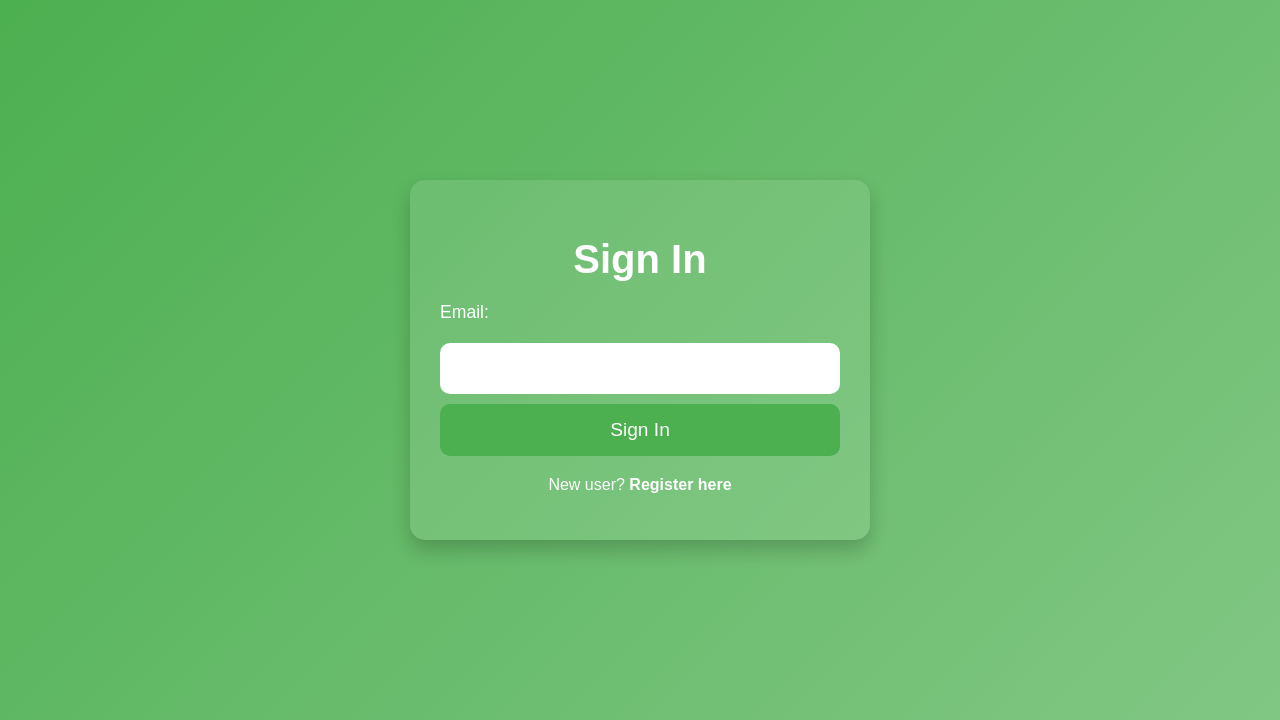
Repository: harutoNaiz/urban-mobility-system
Page: http://localhost/sign_in
These files come from the project's save history. The page is drawn as it stood at one moment and after a run of saves; the edit follows.
The browser window is 1280 px wide. The pictures show the whole page.
The pointer rests on the first visible `a`.
The page is served by the project's application, run on Flask 3 (app.py).

Above is the page before, as saved 2024-11-12 21:40:59.

### templates/sign_in.html
<!DOCTYPE html>
<html lang="en">
<head>
    <meta charset="UTF-8">
    <meta name="viewport" content="width=device-width, initial-scale=1.0">
    <title>Sign In</title>
    <style>
        body {
            font-family: 'Arial', sans-serif;
            background: linear-gradient(135deg, #4caf50, #81c784);
            margin: 0;
            padding: 0;
            height: 100vh;
            display: flex;
            justify-content: center;
            align-items: center;
            color: #fff;
        }

        .container {
            background: rgba(255, 255, 255, 0.1);
            padding: 30px;
            border-radius: 15px;
            box-shadow: 0 10px 20px rgba(0, 0, 0, 0.2);
            width: 100%;
            max-width: 400px;
            text-align: center;
        }

        h1 {
            font-size: 2.5rem;
            margin-bottom: 20px;
            color: #fff;
        }

        label {
            font-size: 1.1rem;
            display: block;
            margin-bottom: 10px;
            text-align: left;
            color: #fff;
        }

        input[type="email"] {
            width: 100%;
            padding: 15px;
            margin: 10px 0;
            font-size: 1.1rem;
            border: none;
            border-radius: 10px;
            background-color: #fff;
            color: #333;
            box-sizing: border-box;
        }

        button {
            width: 100%;
            padding: 15px;
            background-color: #4caf50;
            color: #fff;
            font-size: 1.2rem;
            border: none;
            border-radius: 10px;
            cursor: pointer;
            transition: background-color 0.3s ease;
        }

        button:hover {
            background-color: #388e3c;
        }

        p {
            margin-top: 20px;
            color: #fff;
        }

        a {
            color: #81c784;
            text-decoration: none;
            font-weight: bold;
        }

        a:hover {
            color: #fff;
        }
    </style>
</head>
<body>
    <div class="container">
        <h1>Sign In</h1>
        <form method="POST">
            <label for="email">Email:</label>
            <input type="email" id="email" name="email" required>
            <button type="submit">Sign In</button>
        </form>
        <p>New user? <a href="{{ url_for('register_user') }}">Register here</a></p>
    </div>
</body>
</html>

### app.py
from flask import Flask, render_template, request, redirect, url_for, jsonify, session
import pymysql
import json

# Import database config
# config.py
DB_CONFIG = {
    'host': 'localhost',
    'user': 'root',
    'password': '',
    'db': 'urban_mobility1',
    'charset': 'utf8mb4',
    'cursorclass': pymysql.cursors.DictCursor
}

app = Flask(__name__)
app.secret_key = 'your_secret_key'  # Set a secret key for the session

# Connect to the MySQL database
def get_db_connection():
    return pymysql.connect(**DB_CONFIG)

@app.route('/')
def index():
    return redirect(url_for('sign_in'))

# Sign-in page for existing users
@app.route('/sign_in', methods=['GET', 'POST'])
def sign_in():
    if request.method == 'POST':
        email = request.form['email']
        connection = get_db_connection()
        with connection.cursor() as cursor:
            cursor.execute("SELECT * FROM Users WHERE JSON_UNQUOTE(JSON_EXTRACT(ContactInfo, '$.Email')) = %s", (email,))
            user = cursor.fetchone()
        connection.close()

        if user:
            # Store the user ID in the session
            session['user_id'] = user['UserID']
            # Redirect to route selection page
            return redirect(url_for('select_route'))
        else:
            return "User not found", 404

    return render_template('sign_in.html')

# Register a new user
@app.route('/register', methods=['GET', 'POST'])
def register_user():
    if request.method == 'POST':
        name = request.form['name']
        phone = request.form['phone']
        email = request.form['email']
        preferred_transport = request.form['preferred_transport']
        commuting_pattern = request.form['commuting_pattern']

        # Create ContactInfo JSON
        contact_info = json.dumps({
            'Phone': phone,
            'Email': email
        })

        connection = get_db_connection()
        with connection.cursor() as cursor:
            sql = "INSERT INTO Users (Name, ContactInfo, PreferredTransportMode, CommutingPattern) VALUES (%s, %s, %s, %s)"
            cursor.execute(sql, (name, contact_info, preferred_transport, commuting_pattern))
            new_user_id = cursor.lastrowid
            connection.commit()
        connection.close()

        # Store the new user ID in the session
        session['user_id'] = new_user_id

        # Redirect to the route selection page
        return redirect(url_for('select_route'))

    return render_template('register.html')

# Route selection with congestion suggestion
@app.route('/select_route', methods=['GET', 'POST'])
def select_route():
    # Get the user ID from the session
    user_id = session.get('user_id')

    if request.method == 'POST':
        route_id = request.form['route_id']

        # Check congestion level for the selected route
        connection = get_db_connection()
        with connection.cursor() as cursor:
            cursor.execute("SELECT CheckTrafficWarning(%s) AS traffic_warning", (route_id,))
            traffic_warning = cursor.fetchone()['traffic_warning']
        connection.close()

        if traffic_warning:
            return render_template('congestion_warning.html', traffic_warning=traffic_warning, route_id=route_id, user_id=user_id)
        else:
            return redirect(url_for('suggest_routes', route_id=route_id, user_id=user_id))

    # Fetch available routes for user
    connection = get_db_connection()
    with connection.cursor() as cursor:
        cursor.execute("SELECT * FROM Routes")
        routes = cursor.fetchall()
    connection.close()

    return render_template('select_route.html', routes=routes, user_id=user_id)

# Handle budget input and show options
@app.route('/suggest_routes', methods=['POST'])
def suggest_routes():
    # Get the user ID from the session
    user_id = session.get('user_id')

    if not user_id:
        return jsonify({'message': 'User not authenticated.'}), 401

    budget = float(request.form['budget'])
    route_id = int(request.form['route_id'])

    connection = get_db_connection()
    with connection.cursor() as cursor:
        sql = """
        SELECT Journeys.JourneyID, Journeys.TransportModeID, MIN(JourneyCost) AS Cost
        FROM Journeys
        WHERE StartLocation = (SELECT StartPoint FROM Routes WHERE RouteID = %s)
        AND EndLocation = (SELECT EndPoint FROM Routes WHERE RouteID = %s)
        AND JourneyCost <= %s
        GROUP BY Journeys.JourneyID, Journeys.TransportModeID
        ORDER BY Cost
        """

        cursor.execute(sql, (route_id, route_id, budget))  # Ensure using %s placeholders here
        suggested_routes = cursor.fetchall()
    connection.close()

    return render_template('payment.html', suggested_routes=suggested_routes, user_id=user_id)


@app.route('/process_booking', methods=['POST'])
def process_booking():
    # Get the user ID from the session
    user_id = session.get('user_id')

    if not user_id:
        return jsonify({'message': 'User not authenticated.'}), 401

    transport_mode_id = int(request.form['transport_mode_id'])
    journey_cost = float(request.form['cost'])
    payment_method = request.form['payment_method']

    connection = get_db_connection()
    with connection.cursor() as cursor:
        # Check capacity
        cursor.execute("SELECT Capacity, CurrentOccupancy FROM TransportModes WHERE TransportModeID = %s", (transport_mode_id,))
        transport_mode = cursor.fetchone()

        if transport_mode['CurrentOccupancy'] < transport_mode['Capacity']:
            # Proceed with booking
            cursor.execute("""
            INSERT INTO Journeys (StartLocation, EndLocation, StartTime, JourneyCost, TransportModeID)
            VALUES ('Unknown Start', 'Unknown End', NOW(), %s, %s)
            """, (journey_cost, transport_mode_id))
            connection.commit()

            # Update occupancy
            cursor.execute("UPDATE TransportModes SET CurrentOccupancy = CurrentOccupancy + 1 WHERE TransportModeID = %s", (transport_mode_id,))
            connection.commit()

            # Record payment
            cursor.execute("""
            INSERT INTO Payments (UserID, ProviderID, Amount, PaymentDate, PaymentMethod, DiscountApplied)
            VALUES (%s, (SELECT ProviderID FROM TransportModes WHERE TransportModeID = %s), %s, NOW(), %s, 0)
            """, (user_id, transport_mode_id, journey_cost, payment_method))
            connection.commit()
        else:
            return jsonify({'message': 'Capacity exceeded. Booking failed.'}), 400

    connection.close()
    return jsonify({'message': 'Booking and payment successful!'}), 200

if __name__ == '__main__':
    app.run(debug=True)

After the next 2 saves:
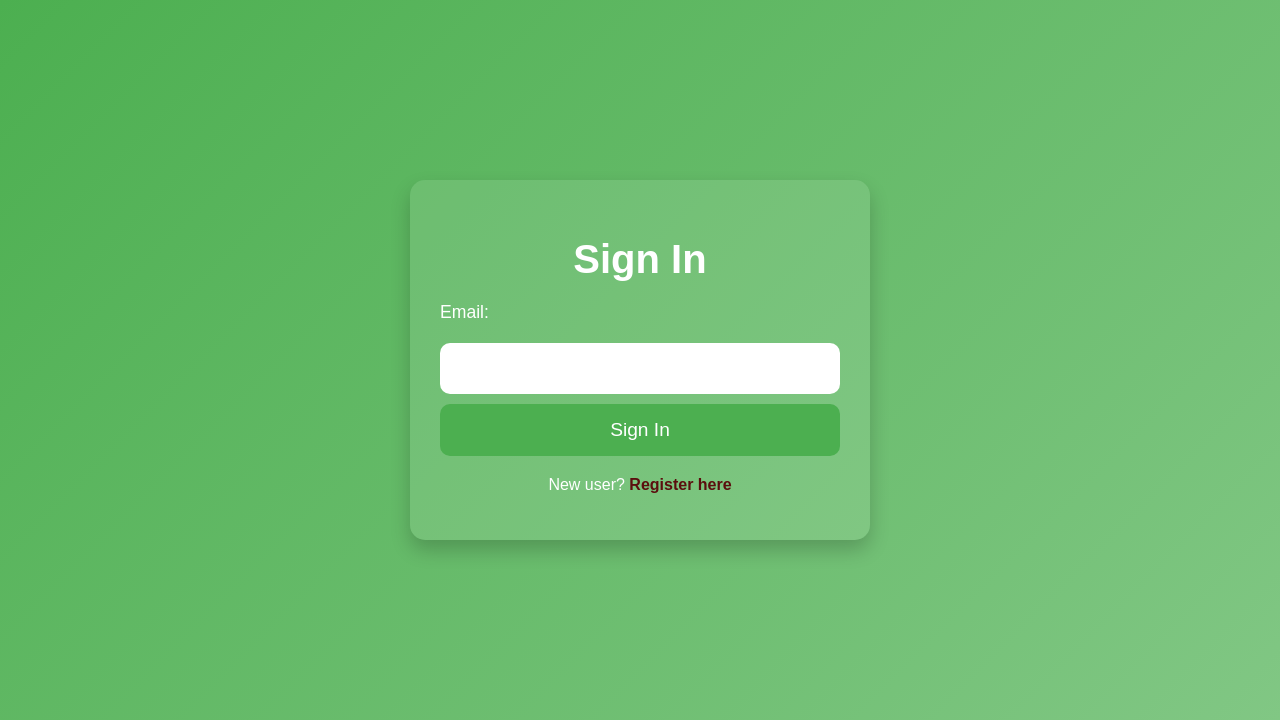
The 2 saves are shown as one change because they came seconds apart.
The last was saved 11 h 9 min later.
--- a/templates/sign_in.html
+++ b/templates/sign_in.html
@@ -81,7 +81,7 @@
         }
 
         a:hover {
-            color: #fff;
+            color: #5b0e0e;
         }
     </style>
 </head>
